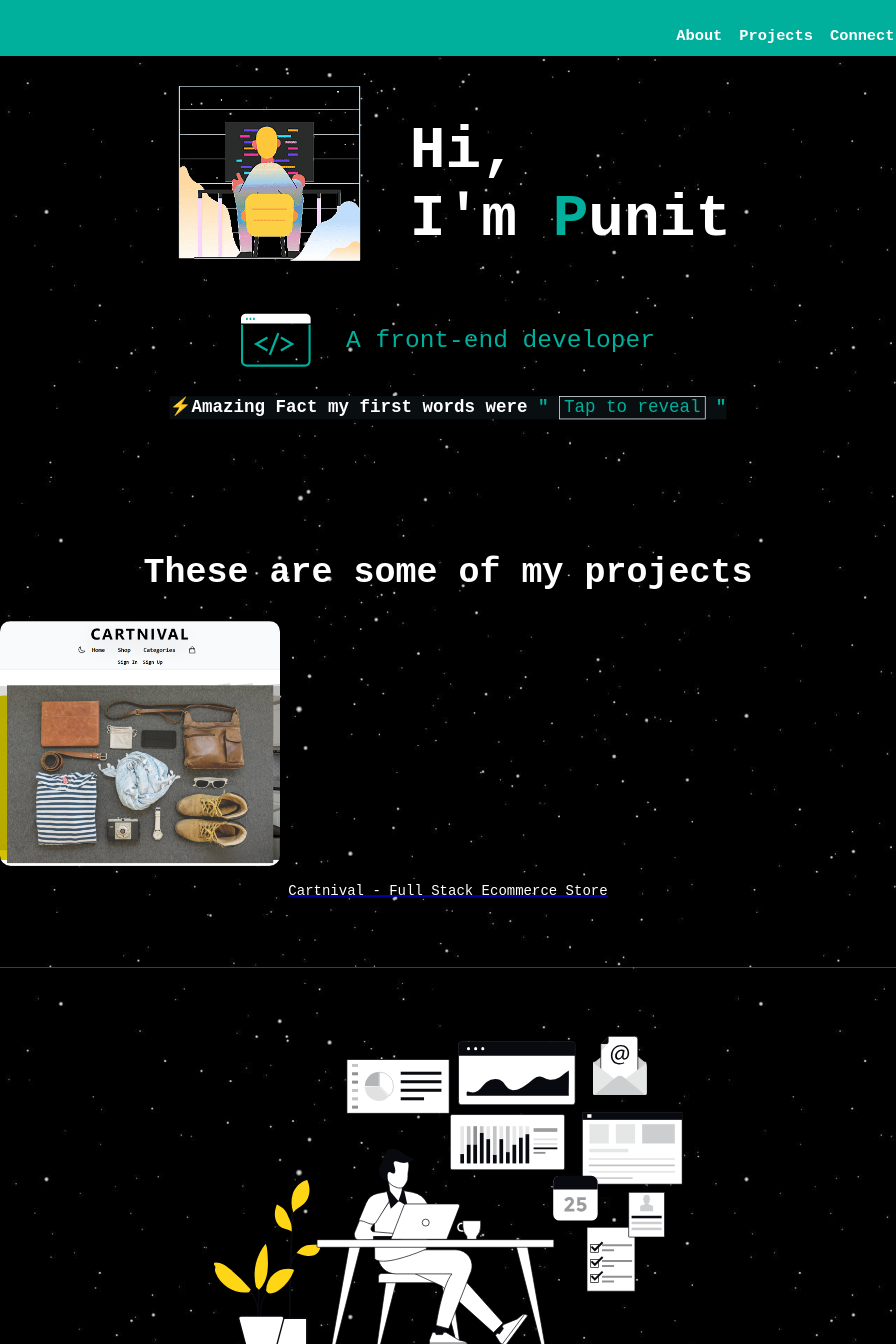
Repository: punitbathija/portfolio
Page: index.html
The author's editor kept a copy of each file at every save. The page is drawn from the files as they stood at one save, then again after a run of saves.
The browser window is 1280 px wide. The pictures show the part of the page from y = 0 to 1920 px (the page is 2679 px tall), at 70% of full size.
Some web libraries are served in a nearby version.

Above is the page before, as saved 2023-05-09 17:34:55.

### index.html
<!DOCTYPE html>
<html lang="en">
<head>
    <meta charset="UTF-8">
    <meta http-equiv="X-UA-Compatible" content="IE=edge">
    <meta name="viewport" content="width=device-width, initial-scale=1.0">
    <title>Portfolio</title>
    <link rel="stylesheet" href="style.css">
    <link rel="stylesheet" href="https://use.fontawesome.com/releases/v5.8.2/css/all.css" integrity="sha384-oS3vJWv+0UjzBfQzYUhtDYW+Pj2yciDJxpsK1OYPAYjqT085Qq/1cq5FLXAZQ7Ay" crossorigin="anonymous">
    <link href="https://fonts.googleapis.com/css?family=Poppins:200i,300,400&amp;display=swap" rel="stylesheet">
</head>
<body>

<nav id="navbar">
        <ul id="navul">
            <li>
                <a href="#welcome-section" >About</a>
            </li>
            <li>
                <a href="#projects">Projects</a>
            </li>
            <li>
                <a href="#contact">Connect</a>
            </li>
        </ul>
    </nav>
    <section id="welcome-section">
        <div class="divide">
        <img src="./assets/design.gif" alt=""  class="dev">
        <h1>Hi,<br>
            I'm <span class="p">P</span>unit</h1>
    </div>
        <div class="hero">
        <img src="./assets/reshot-icon-code-X9J28UENTL.svg" alt="" class="code">
        <p id="ab"> A front-end developer</p>
        </div>
        <p class="fact" id="fact">⚡Amazing Fact my first words were <span class="cyan">" <button class="tap" id="reveal"></span>Tap to reveal</button> "</p>
    </section>
    <section id="projects">
        <h2 id="projects-header">These are some of my projects</h2>
        <div id="project-grid">
            <a href="https://cartnival.netlify.app/" target="_blank" class="project-tile">
                <img class="project-image" src="./assets/cartnival.png" alt="project">
             <p class="project-title">
                Cartnival - Full Stack Ecommerce Store</p>
            </a>


       </div>
    </section>
<div class="animation">
<img src="./assets/hero.svg" alt="">
</div>
<section id="contact" class="contact-section">
    <h1 id="con">Let's Work together...</h1>
    <p id="tagl">how do you take your coffee?</p>
    <img src="./assets/reshot-icon-plastic-coffee-cup-FBSWJ874DV.svg" alt="coffee" class="coffee">
    <div class="contact-link">
        <a href="https://github.com/punitbathija" target="_blank" class="btn-con-dtl" id="profile-link">
            <i class="fab fa-github"></i>
             GitHub
        </a>
        <a href="https://twitter.com/PunitBathija?t=qo0yAGF4x_bwsNcVdkM-gg&s=08" target="_blank" class="btn-con-dtl" id="profile-link">
            <i class="fab fa-twitter-square"></i>
             Twitter
        </a>
        <a href="https://twitter.com/PunitBathija?t=qo0yAGF4x_bwsNcVdkM-gg&s=08" target="_blank" class="btn-con-dtl" id="profile-link">
            <i class="fa-brands fa-linkedin-in"></i>
            Linked In
        </a>
        <a href="https://www.facebook.com/punit.bathija.1" target="_blank" class="btn-con-dtl" id="profile-link">
            <i class="fab fa-facebook-square"></i>
             Facebook
        </a>
        <a href="mailto: punitbathija@gmail.com" target="_blank" class="btn-con-dtl" id="profile-link">
            <i class="fas fa-at"></i>
             Send an email
        </a>
        <a href="tel: +91 8080110389" target="_blank" class="btn-con-dtl" id="profile-link">
            <i class="fas fa-mobile-alt"></i>
             Call us at
        </a>
    </div>
</section>
<script src="./index.js"></script>
</body>
</html>

### style.css
*{
    font-family: monospace;
}
body{
    margin: 0;
    padding: 0;
}#navbar
{

    display: flex;
    justify-content: flex-end;
    padding: 10px;
    position: fixed;
    height: 60px;
    top: 0;
    left: 0;
    width: 100%;
    background-color:#00af9c;
}
#navul
{
    display: flex;
}
li
{
    display: block;
    font-size: 26px;
    padding: 12px;
}
#navul a
{
    color: white;
    font-family: monospace;
    font-weight: bolder;
    text-decoration: none;
    font-size: 22px;
}

#navul a:hover
{
    color: white;
    font-family: monospace;
    font-weight: bolder;
    font-size: 22px;
    text-decoration: underline;
}

#welcome-section
{
    background-image: url(./assets/bg.jpg);
    display: flex;
    flex-direction: column;
    justify-content: center;
    align-items: center;
    width: 100%;
    height: 100vh;
}

.divide{
    display: flex;
    gap: 50px;
}

.hero{
    display: flex;
    justify-content: space-around;
    gap: 50px;
}
h1
{
    font-family: monospace;
    font-size: 85px;
    color: white;
    cursor:default;
}
h1:hover{
    text-decoration: underline;
    color: #00af9c;
}

.p{
    color: #00af9c;
}

.p:hover{
    color: white;
}
#ab
{

    font-family: monospace;
    font-size: 35px;
    color: #00af9c;
    cursor:default;
}

#ab:hover{
    text-decoration: underline;
    color: white;
}

#projects
{
    background-image: url(./assets/bg.jpg);
    display: flex;
    flex-direction: column;
    justify-content: center;
    align-items: center;
}
#projects-header
{
    font-family: monospace;
    font-size: 50px;
    color: white;
    margin-top: 70px;
    margin-bottom: 40px;
    text-decoration: none;
    list-style: none;
}
#project-grid
{
    display: grid;
    grid-template-columns: repeat(auto-fit, minmax(320px, 1fr));
    grid-gap: 5rem;
    width: 100%;
    max-width: 1280px;
    margin: 0 auto;
    margin-bottom: 6rem;
  }

.project-image

  {

    height: 350px;
    width: 400px;
    object-fit: cover;
    background: var(--main-blue);
    border-radius: 15px;
  }


.project-title
{
    font-family: monospace;
    color: white;
    font-size: 20px;
    text-align: center;
}
#contact
{
        display: flex;
        flex-direction: column;
        justify-content: center;
        align-items: center;
        text-align: center;
        width: 100%;
        height: 90vh;
    background-color: #090e11;

}
#con
{
    font-family: monospace;
    font-size: 55px;
    color: white;
}
#tagl
{
    font-family: monospace;
    font-size: 35px;
    color: #00af9c;

}
i
{
    font-size: large;
    color:white;
    padding: 25px;
}
#profile-link
{
    color:white;
    font-family: monospace;
    font-weight: bolder;
    font-size: 16px;
}

.code{
    width: 100px;

}

.coffee{
    height: 150px;
    width: 150px;
}

.animation{
    height: 90vh;
    background-image: url(./assets/bg.jpg);
    display: flex;
    justify-content: center;
    align-items: center;
    margin: auto;
}

.dev{
    width: 300px;
}

@media screen and (max-width:415px){
    .navulcd{
        display: flex;
        flex-direction: column;
    }
}
.fact{
    color: white;
    font-size: 25px;
    font-weight: bold;
    background-color: #090e11;
}

.cyan{
    color: #00af9c;
}

.tap{
    background-color: transparent;
    color:#00af9c;
    border: 1px solid white;
    font-size: 25px;
    background-color: #090e11;
}

### index.js
let reveal = document.getElementById("reveal");

reveal.addEventListener("click", function populateFact() {
  reveal.innerHTML = "Hello World";
  setInterval(() => {
    reveal.innerHTML = "Tap to reveal";
  }, 5000);
});

After the next 2 saves:
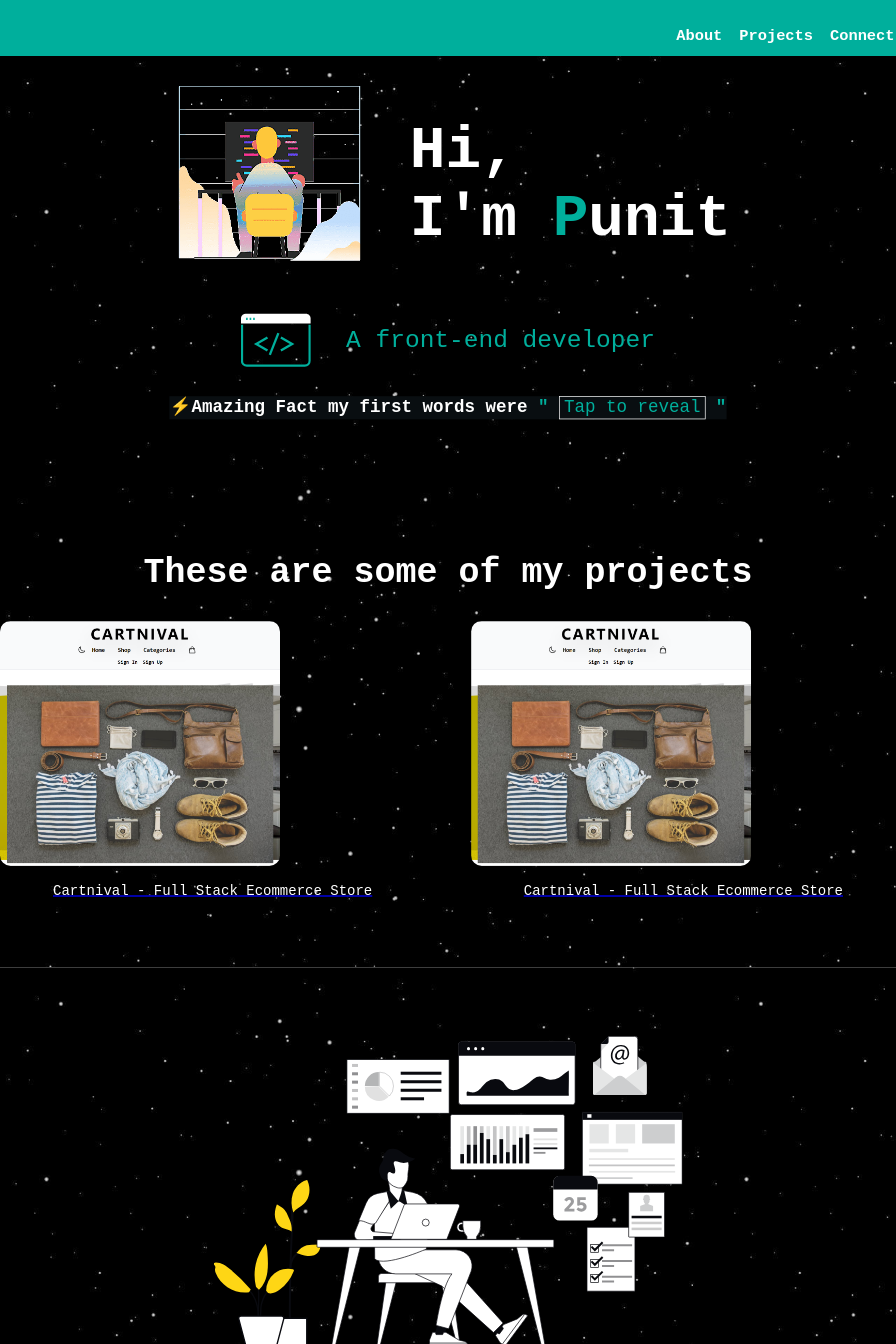
The 2 saves are shown as one change because they came seconds apart.
The last was saved 15 s later.
--- a/index.html
+++ b/index.html
@@ -44,6 +44,11 @@
              <p class="project-title">
                 Cartnival - Full Stack Ecommerce Store</p>
             </a>
+            <a href="https://cartnival.netlify.app/" target="_blank" class="project-tile">
+                <img class="project-image" src="./assets/cartnival.png" alt="project">
+             <p class="project-title">
+                Cartnival - Full Stack Ecommerce Store</p>
+            </a>
 
 
        </div>
